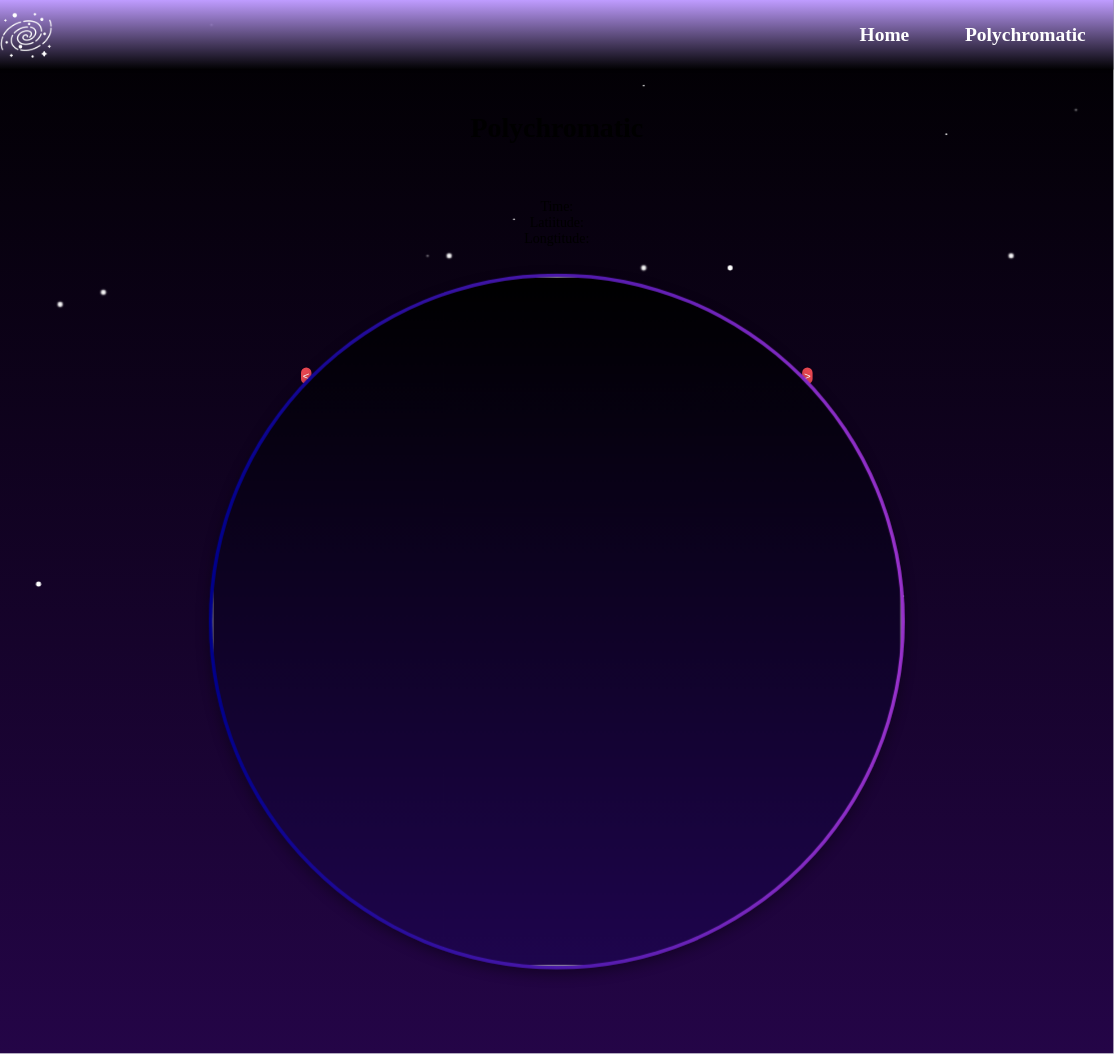
Repository: KayceeNguyen/DAI_W07_NASA
Page: /polychromatic
These files come from the project's save history. The page is drawn as it stood at one moment and after the next save; the edit follows.
The browser window is 1280 px wide. The pictures show the whole page, at 87% of full size.
The page's requests for data from a server got no answer. The project was rebuilt for these pictures with package versions that can differ from the ones it lists, and the page was loaded fresh each time. The framework's server and built-in components were replaced by stand-ins that run in the browser. No one was signed in, and anything a server would have sent is missing. Also part of the build but not shown: next.config.js.

Above is the page before, as saved 2023-02-17 01:34:01.

### pages/polychromatic.js
import { useEffect, useState } from "react"
import axios from "axios";
import Image from "next/image";
import styles from '@/styles/Home.module.css'
import HeaderBar from '@/comps/header'
import Galaxy from '@/comps/galaxy'
import Head from 'next/head'

export default function Polychromatic() {

    const [image, setImage] = useState([]);
    const [images, setImages] = useState([]);
    const [time, setTime] = useState([]);
    const [date, setDate] = useState('');
    const [coords, setCoords] = useState({})

    const [active, setActive] = useState(false);

    const [currentIndex, setCurrentIndex] = useState(0);

    const apiKey = "qO706hvtrjKPLwTwuCZ9XYxHnUPvhtQHSM6Ncmu8";
    const url = `https://epic.gsfc.nasa.gov/api/natural?api_key=${apiKey}`

    const getPolychromaticData = async () => {
        const res = await axios.get(url);
        const data = await res.data;
        console.log(data)

        const caption = data[currentIndex].caption;
        const date = data[currentIndex].date.split(" ")[0];


        const date_formatted = date.replaceAll("-","/")
        console.log(date_formatted);

        let times = [];
        let images = [];

    for (let i = 0; i < data.length; i++) {
    let time = data[i].date.split(" ")[1];
    let coords = data[i].centroid_coordinates;
    let imagePath = data[i].image;
    let image = `https://epic.gsfc.nasa.gov/archive/natural/${date_formatted}/png/${imagePath}.png`;

    times.push(time);

    images.push({
        image: image,
        time: time,
        coords: coords,
        caption: caption
    });
}

    setImages(images);
    setTime(times[0]);
    setCoords([images[0].coords.lat, images[0].coords.lon]);
    setImage(images[currentIndex]);

}

    useEffect(() => {
        getPolychromaticData();
    }, [currentIndex]);

    const nextImage = () => {
        setCurrentIndex((currentIndex + 1) % images.length);
    };

    const prevImage = () => {
        setCurrentIndex(
          currentIndex === 0 ? images.length - 1 : currentIndex - 1
        );
    };

    const handleImageLoad = () => {
        setActive(true);
      }

    return(
        <>

        <Head>
          <title>NASA TechPort & EPIC API</title>
          <meta name="description" content="The website showcases NASA's technologies using the TechPort and PIC API and offers daily full disc imagery of the Earth and unique astronomical events. Users can discover the technologies NASA is developing in propulsion, nanotechnology, robotics, and human health while enjoying stunning images of the universe." />
          <meta name="viewport" content="width=device-width, initial-scale=1" />
          <link rel="icon" href="/galaxy.png" />
        </Head>

            <HeaderBar />

            <Galaxy />



            <main className={styles.main}>
                <h1>Polychromatic</h1>
                <div className={styles.arrowContainer}>
                        <button className={styles.arrow} onClick={prevImage}>
                            &lt;
                        </button>
                        <button className={styles.arrow} onClick={nextImage}>
                            &gt;
                        </button>
                    </div>
                <div className={styles.bigEarthContainer}>
                    <div className={styles.bigEarthText}>
                        <div>Time: {image.time}</div>
                        <div>Latiitude: {coords[0]}</div>
                        <div>Longtitude: {coords[1]}</div>
                    </div>

                    <Image
                        src={image.image}
                        alt={image.caption}
                        width={800}
                        height={800}
                        className={`${styles.earthImage} ${active ? styles.active : ''}`}
                        onLoad={handleImageLoad}

                    />

                    {/* <div onClick={nextImage} className={styles.arrow}>
                        {">"}
                    </div> */}

                </div>




                {/* <table>
                    <thead>
                        <tr>
                            <th>Time</th>
                            <th>Latitude</th>
                            <th>Longtitude</th>
                            <th>Image</th>
                            <th></th>
                        </tr>
                    </thead>

                    <tbody>
                        {
                            images.map((e, i) => {
                                return (
                                    <tr key={i}>
                                        <td>{e.time}</td>
                                        <td>{e.coords.lat}</td>
                                        <td>{e.coords.lon}</td>
                                        <td>
                                            <Image
                                                src={e.image}
                                                alt={i}
                                                width={200}
                                                height={200}
                                            />
                                        </td>

                                        <td>
                                            <button onClick={() => {
                                                setImage(e.image)
                                                setTime(e.time)
                                                setCoords([e.coords.lat, e.coords.lon])
                                                console.log(image[i].image)
                                                document.body.scrollIntoView();

                                            }}>View</button>
                                        </td>
                                    </tr>
                                )
                            })
                        }
                    </tbody>
                </table> */}
            </main>
        </>
    )
}

### styles/Home.module.css
.main {
  display: flex;
  flex-direction: column;
  justify-content: space-between;
  align-items: center;
  padding: 6rem;
  min-height: 100vh;
  background: linear-gradient(180deg, rgb(0, 0, 0) 0%, rgb(36, 5, 71) 100%);
  animation: Gradient 10s ease infinite; /* Animate the gradient */
  -webkit-animation: Gradient 8s ease infinite;
	-moz-animation: Gradient 8s ease infinite;
}

@-webkit-keyframes Gradient {
  0%{background-position:0% 50%}
  50%{background-position:100% 50%}
  100%{background-position:0% 50%}
}
@-moz-keyframes Gradient {
  0%{background-position:0% 50%}
  50%{background-position:100% 50%}
  100%{background-position:0% 50%}
}
@keyframes Gradient {
  0%{background-position:0% 50%}
  50%{background-position:100% 50%}
  100%{background-position:0% 50%}
}

.description {
  display: inherit;
  justify-content: inherit;
  align-items: inherit;
  font-size: 0.85rem;
  max-width: var(--max-width);
  width: 100%;
  z-index: 2;
  font-family: var(--font-mono);
}

.description a {
  display: flex;
  justify-content: center;
  align-items: center;
  gap: 0.5rem;
}

.description p {
  position: relative;
  margin: 0;
  padding: 1rem;
  background-color: rgba(var(--callout-rgb), 0.5);
  border: 1px solid rgba(var(--callout-border-rgb), 0.3);
  border-radius: var(--border-radius);
}

.code {
  font-weight: 700;
  font-family: var(--font-mono);
}

.grid {
  display: grid;
  grid-template-columns: repeat(4, minmax(25%, auto));
  width: var(--max-width);
  max-width: 100%;
}

.card {
  padding: 1rem 1.2rem;
  border-radius: var(--border-radius);
  background: rgba(var(--card-rgb), 0);
  border: 1px solid rgba(var(--card-border-rgb), 0);
  transition: background 200ms, border 200ms;
}

.card span {
  display: inline-block;
  transition: transform 200ms;
}

.card h2 {
  font-weight: 600;
  margin-bottom: 0.7rem;
}

.card p {
  margin: 0;
  opacity: 0.6;
  font-size: 0.9rem;
  line-height: 1.5;
  max-width: 30ch;
}

.center {
  display: flex;
  justify-content: center;
  align-items: center;
  position: relative;
  padding: 4rem 0;
}

.center::before {
  background: var(--secondary-glow);
  border-radius: 50%;
  width: 480px;
  height: 360px;
  margin-left: -400px;
}

.center::after {
  background: var(--primary-glow);
  width: 240px;
  height: 180px;
  z-index: -1;
}

.center::before,
.center::after {
  content: '';
  left: 50%;
  position: absolute;
  filter: blur(45px);
  transform: translateZ(0);
}

.logo,
.thirteen {
  position: relative;
}

.thirteen {
  display: flex;
  justify-content: center;
  align-items: center;
  width: 75px;
  height: 75px;
  padding: 25px 10px;
  margin-left: 16px;
  transform: translateZ(0);
  border-radius: var(--border-radius);
  overflow: hidden;
  box-shadow: 0px 2px 8px -1px #0000001a;
}

.thirteen::before,
.thirteen::after {
  content: '';
  position: absolute;
  z-index: -1;
}

/* Conic Gradient Animation */
.thirteen::before {
  animation: 6s rotate linear infinite;
  width: 200%;
  height: 200%;
  background: var(--tile-border);
}

/* Inner Square */
.thirteen::after {
  inset: 0;
  padding: 1px;
  border-radius: var(--border-radius);
  background: linear-gradient(
    to bottom right,
    rgba(var(--tile-start-rgb), 1),
    rgba(var(--tile-end-rgb), 1)
  );
  background-clip: content-box;
}

/* Enable hover only on non-touch devices */
@media (hover: hover) and (pointer: fine) {
  .card:hover {
    background: rgba(var(--card-rgb), 0.1);
    border: 1px solid rgba(var(--card-border-rgb), 0.15);
  }

  .card:hover span {
    transform: translateX(4px);
  }
}

@media (prefers-reduced-motion) {
  .thirteen::before {
    animation: none;
  }

  .card:hover span {
    transform: none;
  }
}

/* Mobile */
@media (max-width: 700px) {
  .content {
    padding: 4rem;
  }

  .grid {
    grid-template-columns: 1fr;
    margin-bottom: 120px;
    max-width: 320px;
    text-align: center;
  }

  .card {
    padding: 1rem 2.5rem;
  }

  .card h2 {
    margin-bottom: 0.5rem;
  }

  .center {
    padding: 8rem 0 6rem;
  }

  .center::before {
    transform: none;
    height: 300px;
  }

  .description {
    font-size: 0.8rem;
  }

  .description a {
    padding: 1rem;
  }

  .description p,
  .description div {
    display: flex;
    justify-content: center;
    position: fixed;
    width: 100%;
  }

  .description p {
    align-items: center;
    inset: 0 0 auto;
    padding: 2rem 1rem 1.4rem;
    border-radius: 0;
    border: none;
    border-bottom: 1px solid rgba(var(--callout-border-rgb), 0.25);
    background: linear-gradient(
      to bottom,
      rgba(var(--background-start-rgb), 1),
      rgba(var(--callout-rgb), 0.5)
    );
    background-clip: padding-box;
    backdrop-filter: blur(24px);
  }

  .description div {
    align-items: flex-end;
    pointer-events: none;
    inset: auto 0 0;
    padding: 2rem;
    height: 200px;
    background: linear-gradient(
      to bottom,
      transparent 0%,
      rgb(var(--background-end-rgb)) 40%
    );
    z-index: 1;
  }
}

/* Tablet and Smaller Desktop */
@media (min-width: 701px) and (max-width: 1120px) {
  .grid {
    grid-template-columns: repeat(2, 50%);
  }
}

@media (prefers-color-scheme: dark) {
  .vercelLogo {
    filter: invert(1);
  }

  .logo,
  .thirteen img {
    filter: invert(1) drop-shadow(0 0 0.3rem #ffffff70);
  }
}

@keyframes rotate {
  from {
    transform: rotate(360deg);
  }
  to {
    transform: rotate(0deg);
  }
}






/**************** HEADER STYLING ****************/



.header {
  position: fixed;
  z-index: 1;
  width: 100vw;
  display: flex;
  justify-content: center;
  align-items: center;
  height: 5rem;
  background: linear-gradient(180deg, rgb(191, 156, 255) 0%, rgba(0, 0, 0, 0.5) 100%);
  box-shadow: 0 2px 4px rgba(0, 0, 0, 0.1);
}

.headerIcon {
  filter: brightness(0) invert(1);
}

.nav {
  display: flex;
  justify-content: space-between;
  align-items: center;
  width: 100%;
  max-width: 80rem;
}

.navList {
  display: flex;
  list-style: none;
  margin: 0;
  padding: 0;
}

.navItem {
  margin-right: 2rem;
  margin-left: 2em;
}

/* .navItem > a > div.navLink:active {
  text-decoration: underline;
} */

.navLink {
  font-size: 1.4rem;
  font-weight: 600;
  color: #ffffff;
  text-decoration: none;
  transition: color 0.2s;
}

.navLink:hover {
  color: #fff644;
}




/**************** MAIN STYLING ****************/




.main {
  display: flex;
  flex-direction: column;
  justify-content: center;
  align-items: center;
  justify-items: center;
}




.main > h1 {
  padding: 1em 2em 2em 2em;
}

.bigCont {
  text-align: center;
}


/**************** CAROUSEL STYLING ****************/


.carousel {
  display: flex;
  justify-content: center;
  align-items: center;
  width: 100%;
  max-width: 800px;
  margin: 0 auto;
}

.carouselArrow {
  font-size: 2rem;
  color: rgb(255, 255, 255);
  cursor: pointer;
  background-color:transparent;
  border: 2px solid rgb(255, 255, 255, 1);
  width: 50px;
  height: 50px;
  border-radius: 50%;
  display: inline-flex;
  align-items: center;
  justify-content: center;
}

.carouselArrow:hover {
  color: rgb(31, 0, 54);
  box-shadow: 0 4px 6px rgba(255, 255, 255, 0.6);
  background-color:rgba(255, 255, 255, 0.8) ;
  transition: all 0.2s ease;
}

.carouselArrow:hover:after {
  left: 0;
  width: 100%;
}

.carouselArrow:active {
  top: 20px;
}

.carouselImageContainer {
  margin: 0 2rem;
  width: 400px;
  height: 400px;
  position: relative;
}

.carouselImageContainer img {
  position: absolute;
  top: 0;
  left: 0;
  width: 100%;
  height: 100%;
  object-fit: contain;
}

.imageCont {
  position: absolute;
  top: 0;
  opacity: 0.4;
  width: 100%;
  height: 100%;
  transition: opacity 1.5s ease;
}

.imageCont.active {
  opacity: 1;
}


/* @keyframes slide {
  100% { left: 0; }
}

@keyframes slide-in {
  100% { transform: translateX(0%); }
}

@-webkit-keyframes slide-in {
  100% { -webkit-transform: translateX(0%); }
}

@keyframes slide-out {
  0% { transform: translateX(0%); }
  100% { transform: translateX(-100%); }
}

@-webkit-keyframes slide-out {
  0% { -webkit-transform: translateX(0%); }
  100% { -webkit-transform: translateX(-100%); }
} */


/**************** GALAXY BG STYLING ****************/




.galaxyCont {
  width: 100vw;
  height: 100%;
  display: flex;
  justify-content: center;
  align-items: center;
}


.galaxy {

  position: fixed;
  height: 1px;
  width: 1px;
  background-color: #fff;
  border-radius: 50%;
  box-shadow: -42vw -4vh 0px 0px #fff,25vw -41vh 0px 0px #fff,-20vw 49vh 0px 1px #fff,5vw 40vh 1px 1px #fff,29vw 19vh 1px 0px #fff,-44vw -13vh 0px 0px #fff,46vw 41vh 0px 1px #fff,-3vw -45vh 0px 1px #fff,47vw 35vh 1px 0px #fff,12vw -8vh 1px 0px #fff,-34vw 48vh 1px 1px #fff,32vw 26vh 1px 1px #fff,32vw -41vh 1px 1px #fff,0vw 37vh 1px 1px #fff,34vw -26vh 1px 0px #fff,-14vw -49vh 1px 0px #fff,-12vw 45vh 0px 1px #fff,-44vw -33vh 0px 1px #fff,-13vw 41vh 0px 0px #fff,-36vw -11vh 0px 1px #fff,-23vw -24vh 1px 0px #fff,-38vw -27vh 0px 1px #fff,16vw -19vh 0px 0px #fff,28vw 33vh 1px 0px #fff,-49vw -4vh 0px 0px #fff,16vw 32vh 0px 1px #fff,36vw -18vh 1px 0px #fff,-25vw -30vh 1px 0px #fff,-23vw 24vh 0px 1px #fff,-2vw -35vh 1px 1px #fff,-25vw 9vh 0px 0px #fff,-15vw -34vh 0px 0px #fff,-8vw -19vh 1px 0px #fff,-20vw -20vh 1px 1px #fff,42vw 50vh 0px 1px #fff,-32vw 10vh 1px 0px #fff,-23vw -17vh 0px 0px #fff,44vw 15vh 1px 0px #fff,-40vw 33vh 1px 1px #fff,-43vw 8vh 0px 0px #fff,-48vw -15vh 1px 1px #fff,-24vw 17vh 0px 0px #fff,-31vw 50vh 1px 0px #fff,36vw -38vh 0px 1px #fff,-7vw 48vh 0px 0px #fff,15vw -32vh 0px 0px #fff,29vw -41vh 0px 0px #fff,2vw 37vh 1px 0px #fff,7vw -40vh 1px 1px #fff,15vw 18vh 0px 0px #fff,25vw -13vh 1px 1px #fff,-46vw -12vh 1px 1px #fff,-18vw 22vh 0px 0px #fff,23vw -9vh 1px 0px #fff,50vw 12vh 0px 1px #fff,45vw 2vh 0px 0px #fff,14vw -48vh 1px 0px #fff,23vw 43vh 0px 1px #fff,-40vw 16vh 1px 1px #fff,20vw -31vh 0px 1px #fff,-17vw 44vh 1px 1px #fff,18vw -45vh 0px 0px #fff,33vw -6vh 0px 0px #fff,0vw 7vh 0px 1px #fff,-10vw -18vh 0px 1px #fff,-19vw 5vh 1px 0px #fff,1vw 42vh 0px 0px #fff,22vw 48vh 0px 1px #fff,39vw -8vh 1px 1px #fff,-6vw -42vh 1px 0px #fff,-47vw 34vh 0px 0px #fff,-46vw 19vh 0px 1px #fff,-12vw -32vh 0px 0px #fff,-45vw -38vh 0px 1px #fff,-28vw 18vh 1px 0px #fff,-38vw -46vh 1px 1px #fff,49vw -6vh 1px 1px #fff,-28vw 18vh 1px 1px #fff,10vw -24vh 0px 1px #fff,-5vw -11vh 1px 1px #fff,33vw -8vh 1px 0px #fff,-16vw 17vh 0px 0px #fff,18vw 27vh 0px 1px #fff,-8vw -10vh 1px 1px #fff;

/* stars were too big with the layers above but left the code in case no one cares  -- as in, if noone's just that  one other loner who actually cares    */

  box-shadow: 24vw 9vh 1px 0px #fff,12vw -24vh 0px 1px #fff,-45vw -22vh 0px 0px #fff,-37vw -40vh 0px 1px #fff,29vw 19vh 0px 1px #fff,4vw -8vh 0px 1px #fff,-5vw 21vh 1px 1px #fff,-27vw 26vh 1px 1px #fff,-47vw -3vh 1px 1px #fff,-28vw -30vh 0px 1px #fff,-43vw -27vh 0px 1px #fff,4vw 22vh 1px 1px #fff,36vw 23vh 0px 0px #fff,-21vw 24vh 1px 1px #fff,-16vw 2vh 1px 0px #fff,-16vw -6vh 0px 0px #fff,5vw 26vh 0px 0px #fff,-34vw 41vh 0px 0px #fff,1vw 42vh 1px 1px #fff,11vw -13vh 1px 1px #fff,48vw -8vh 1px 0px #fff,22vw -15vh 0px 0px #fff,45vw 49vh 0px 0px #fff,43vw -27vh 1px 1px #fff,20vw -2vh 0px 0px #fff,8vw 22vh 0px 1px #fff,39vw 48vh 1px 1px #fff,-21vw -11vh 0px 1px #fff,-40vw 45vh 0px 1px #fff,11vw -30vh 1px 0px #fff,26vw 30vh 1px 0px #fff,45vw -29vh 0px 1px #fff,-2vw 18vh 0px 0px #fff,-29vw -45vh 1px 0px #fff,-7vw -27vh 1px 1px #fff,42vw 24vh 0px 0px #fff,45vw -48vh 1px 0px #fff,-36vw -18vh 0px 0px #fff,-44vw 13vh 0px 1px #fff,36vw 16vh 0px 1px #fff,40vw 24vh 0px 0px #fff,18vw 11vh 0px 0px #fff,-15vw -23vh 1px 0px #fff,-24vw 48vh 0px 1px #fff,27vw -45vh 1px 0px #fff,-2vw -24vh 0px 1px #fff,-15vw -28vh 0px 0px #fff,-43vw 13vh 1px 0px #fff,7vw 27vh 1px 0px #fff,47vw 5vh 0px 0px #fff,-45vw 15vh 1px 1px #fff,-5vw -28vh 0px 1px #fff,38vw 25vh 1px 1px #fff,-39vw -1vh 1px 0px #fff,5vw 0vh 1px 0px #fff,49vw 13vh 0px 0px #fff,48vw 10vh 0px 1px #fff,19vw -28vh 0px 0px #fff,4vw 7vh 0px 0px #fff,21vw 21vh 1px 1px #fff,-15vw -15vh 0px 1px #fff,-6vw -42vh 1px 0px #fff,-15vw 48vh 1px 1px #fff,-23vw 25vh 1px 1px #fff,-48vw 25vh 0px 1px #fff,-31vw -19vh 0px 1px #fff,4vw 37vh 1px 1px #fff,-43vw 28vh 0px 0px #fff,3vw -25vh 0px 1px #fff,-39vw 14vh 0px 1px #fff,-40vw 31vh 0px 1px #fff,35vw -36vh 1px 1px #fff,16vw 49vh 0px 0px #fff,6vw 39vh 0px 0px #fff,3vw -35vh 0px 1px #fff,-44vw -2vh 1px 0px #fff,-6vw 21vh 1px 0px #fff,48vw 9vh 1px 1px #fff,-43vw 30vh 1px 1px #fff,29vw -12vh 1px 1px #fff,-48vw 13vh 1px 0px #fff,-42vw 32vh 1px 1px #fff,34vw 15vh 1px 1px #fff,29vw -37vh 1px 1px #fff,28vw 2vh 0px 0px #fff;
  animation: zoom 8s alternate infinite, blink-animation 2s steps(5, start) infinite;
}

@keyframes zoom {
    0%{
        transform: scale(1);
    }
    100%{
        transform: scale(2);
    }
}

@keyframes blink-animation {
  to {
    visibility: hidden;
  }
}
@-webkit-keyframes blink-animation {
  to {
    visibility: hidden;
  }
}




/**************** GALAXY BG STYLING ****************/


.bigEarthText {
  display: flex;
  flex-direction: column;
  align-items: center;
}









/* styles for the spinning animation */
@keyframes spin {
  from {
    transform: rotateY(0deg);
    opacity: 1;
  }
  to {
    transform: rotateY(360deg);
    opacity: 1;
  }
}


/* styles for the main section with the big Earth image */
.bigEarthContainer {
  display: flex;
  flex-direction: column;
  align-items: center;
  justify-content: center;
  position: relative;
}

/* styles for the previous/next arrow buttons */
.arrowContainer {
  position: absolute;
  top: 60%;
  transform: translateY(-50%);
  display: flex;
  justify-content: space-between;
  width: 100%;
  padding: 4rem;
  box-sizing: border-box;
}

.arrow {
  background-color:#E94751;
  color:#fff;
  border-radius:50px;
  margin: auto;
  border:2px solid #E94751;
  cursor: pointer;
  visibility: visible;
}

.arrow:hover {
  transform:scale(1.05);
  background-color:transparent;
  color:#E94751;
  border:2px solid #E94751;
}



.earthImage {
  width: 800px;
  height: 800px;
  object-fit: cover;

  /* opacity: 0.4; */
  /* animation: spin 10s ease-in-out; */
  /* opacity: 0; */

  border-radius: 50%;
  background: linear-gradient(rgb(0, 0, 0), rgb(30, 5, 77)) padding-box,
              linear-gradient(to right, darkblue, darkorchid) border-box;
  border: 4px solid transparent;
  /* transition: opacity 4s ease; */

  animation: float 6s ease-in-out infinite;
}

@keyframes float {
	0% {
		box-shadow: 0 5px 15px 0px rgba(0,0,0,0.4);
		transform: translatey(0px);
	}
  50% {
		box-shadow: 0 25px 15px 0px rgba(0,0,0,0.1);
		transform: translatey(-20px);
	}
  100% {
		box-shadow: 0 5px 15px 0px rgba(0,0,0,0.4);
		transform: translatey(0px);
	}
}

/* styles for the image that shows the Earth */
.earthImage.active {
    opacity: 1;
}


/* @keyframes opacity {
  from {
    opacity: 0.5;
  }
  to {
    opacity: 1;
  }
} */

.bigEarthText {
  padding-bottom: 2em;
}

### comps/header.js
import Link from 'next/link';
import styles from '@/styles/Home.module.css';

const HeaderBar = () => {
  return (
    <header className={styles.header}>
      <nav className={styles.nav}>
      <img
        className={styles.headerIcon}
        src="/galaxy-header.png"
        width="60px"
        onClick={
            ()=>r.push("/")}
        />
        <ul className={styles.navList}>
          <li className={styles.navItem}>
            <a href="/">
              <div className={styles.navLink}>Home</div>
            </a>
          </li>
          <li className={styles.navItem}>
            <a href="/polychromatic">
              <div className={styles.navLink}>Polychromatic</div>
            </a>
          </li>
        </ul>
      </nav>
    </header>
  );
};

export default HeaderBar;

### comps/galaxy.js
import styles from '@/styles/Home.module.css'

export default function Galaxy() {
    return (
        <div className={styles.galaxyCont}>
            <div className={styles.galaxy}></div>
        </div>
    )
}

Loaded but not shown: pages/_app.js (common file); pages/_document.js (common file); styles/globals.css (common file)

After the next save:
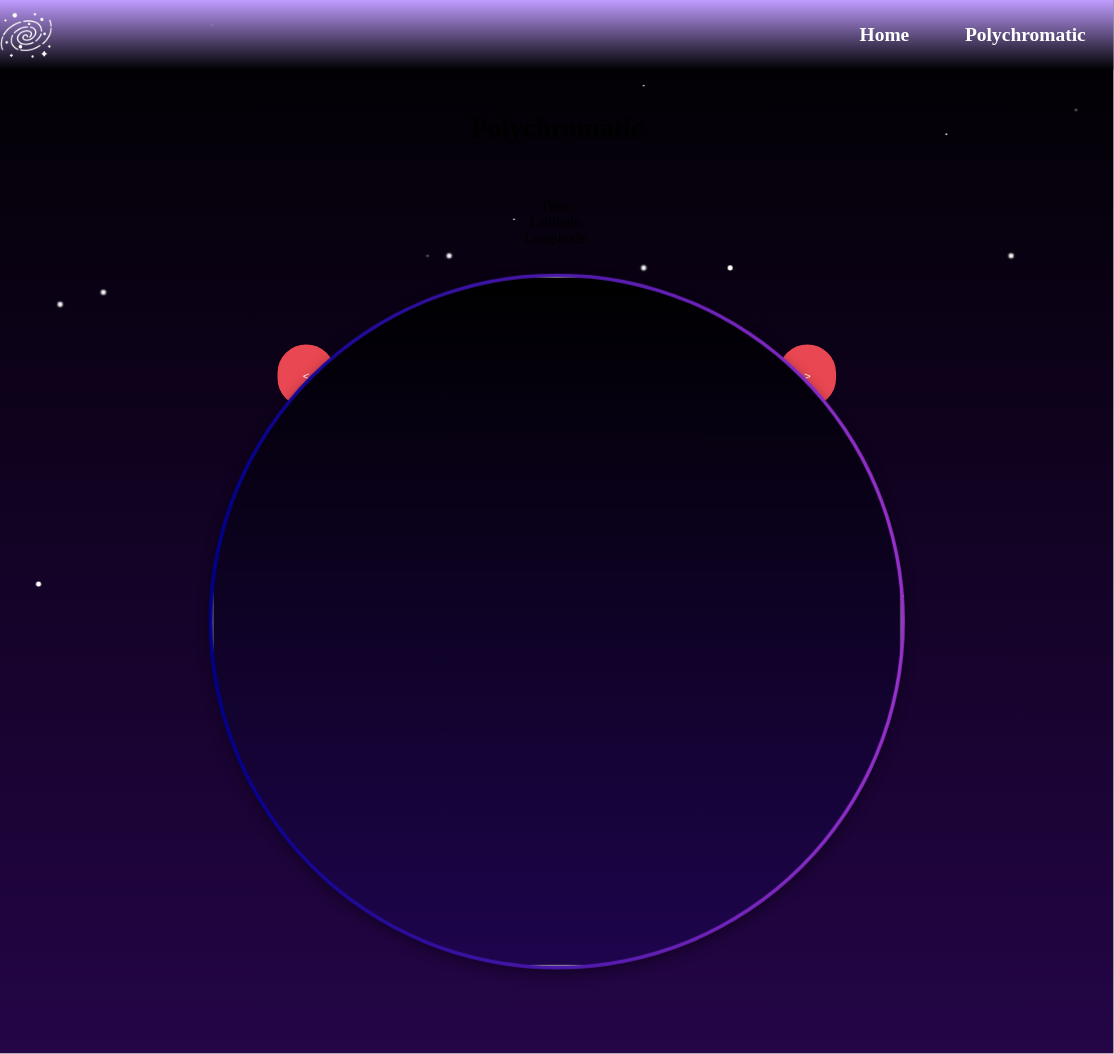
Saved 24 s later.
--- a/styles/Home.module.css
+++ b/styles/Home.module.css
@@ -585,6 +585,7 @@
 }
 
 .arrow {
+  padding: 2em;
   background-color:#E94751;
   color:#fff;
   border-radius:50px;
